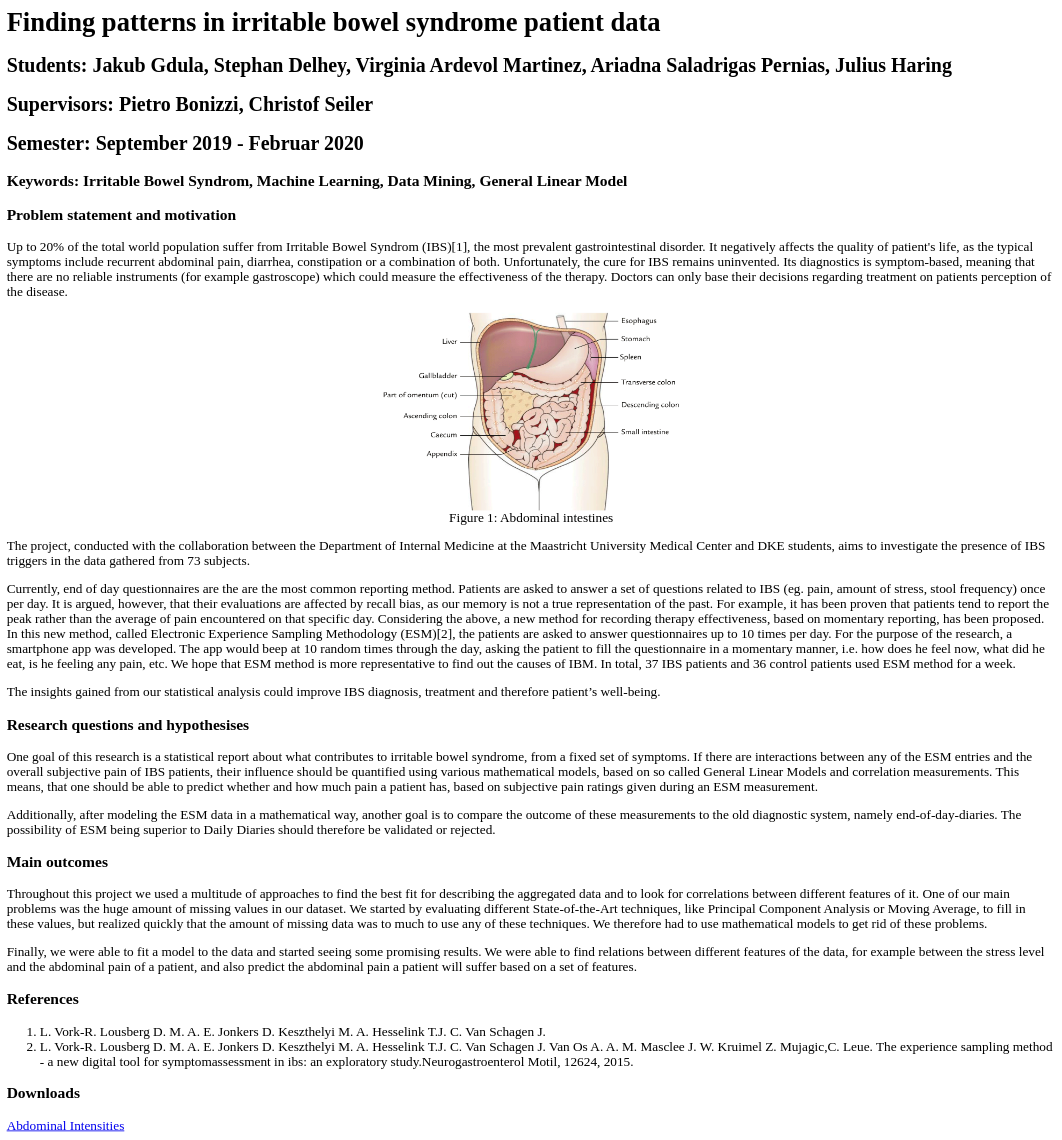
Repository: JuliusHaring/ESM
Page: laymen.html
These files come from the project's save history. The page is drawn as it stood at one moment and after the next save; the edit follows.
The browser window is 1280 px wide. The pictures show the whole page, at 83% of full size.

Above is the page before, as saved 2019-11-25 15:02:14.

### laymen.html
<HTML>
    <BODY>
        <h1>Finding patterns in irritable bowel syndrome patient data</h1>
        <h2>Students: Jakub Gdula, Stephan Delhey, Virginia Ardevol Martinez, Ariadna Saladrigas Pernias, Julius Haring</h2>
        <h2>Supervisors: Pietro Bonizzi, Christof Seiler </h2>
        <h2>Semester: September 2019 - Februar 2020</h2>
        <h3>Keywords: Irritable Bowel Syndrom, Machine Learning, Data Mining, General Linear Model</h3>

        <h3>Problem statement and motivation</h3>
        <p>Up to 20% of the total world population suffer from Irritable Bowel Syndrom (IBS)[1], the most prevalent gastrointestinal disorder. It negatively affects the quality of patient's life, as the typical symptoms include recurrent abdominal pain, diarrhea, constipation or a combination of both. Unfortunately, the cure for IBS remains uninvented. Its diagnostics is symptom-based, meaning that there are no reliable instruments (for example gastroscope) which could measure the effectiveness of the therapy. Doctors can only base their decisions regarding treatment on patients perception of the disease.</p>

        <figure style="text-align: center;">
            <img width="30%" src="abdominal-cavity.png" alt="">
            <figcaption>
                Figure 1:  Abdominal intestines
            </figcaption>
        </figure>

        <p>The project, conducted with the collaboration between the Department of Internal Medicine at the Maastricht University Medical Center and DKE students, aims to investigate the presence of IBS triggers in the data gathered from 73 subjects.</p>
        <p>Currently, end of day questionnaires are the are the most common reporting method. Patients are asked to answer a set of questions related to IBS (eg. pain, amount of stress, stool frequency) once per day. It is argued, however, that their evaluations are affected by recall bias, as our memory is not a true representation of the past. For example, it has been proven that patients tend to report the peak rather than the average of pain encountered on that specific day. Considering the above, a new method for recording therapy effectiveness, based on momentary reporting, has been proposed. In this new method, called Electronic Experience Sampling Methodology (ESM)[2], the patients are asked to answer questionnaires up to 10 times per day. For the purpose of the research, a smartphone app was developed. The app would beep at 10 random times through the day, asking the patient to fill the questionnaire in a momentary manner, i.e. how does he feel now, what did he eat, is he feeling any pain, etc. We hope that ESM method is more representative to find out the causes of IBM. In total, 37 IBS patients and 36 control patients used ESM method for a week.</p>
        <p>The insights gained from our statistical analysis could improve IBS diagnosis, treatment and therefore patient’s well-being.</p>

        <h3>Research questions and hypothesises</h3>
        <p>One goal of this research is a statistical report about what contributes to irritable bowel syndrome, from a fixed set of symptoms. If there are interactions between any of the ESM entries and the overall subjective pain of IBS patients, their influence should be quantified using various mathematical models, based on so called General Linear Models and correlation measurements. This means, that one should be able to predict whether and how much pain a patient has, based on subjective pain ratings given during an ESM measurement.</p>
        <p>Additionally, after modeling the ESM data in a mathematical way, another goal is to compare the outcome of these measurements to the old diagnostic system, namely end-of-day-diaries. The possibility of ESM being superior to Daily Diaries should therefore be validated or rejected.</p>

        <h3>Main outcomes</h3>
        <p>Throughout this project we used a multitude of approaches to find the best fit for describing the aggregated data and to look for correlations between different features of it. One of our main problems was the huge amount of missing values in our dataset. We started by evaluating different State-of-the-Art techniques, like Principal Component Analysis or Moving Average, to fill in these values, but realized quickly that the amount of missing data was to much to use any of these techniques. We therefore had to use mathematical models to get rid of these problems.</p>
        <p>Finally, we were able to fit a model to the data and started seeing some promising results. We were able to find relations between different features of the data, for example between the stress level and the abdominal pain of a patient, and also predict the abdominal pain a patient will suffer based on a set of features.</p>

        <h3>References</h3>
        <ol>
            <li> L. Vork-R. Lousberg D. M. A. E. Jonkers D. Keszthelyi M. A. Hesselink T.J.  C.  Van  Schagen  J. </li>
            <li>L. Vork-R. Lousberg D. M. A. E. Jonkers D. Keszthelyi M. A. Hesselink T.J.  C.  Van  Schagen  J.  Van  Os  A.  A.  M.  Masclee  J.  W.  Kruimel  Z.  Mujagic,C. Leue.  The experience sampling method - a new digital tool for symptomassessment in ibs: an exploratory study.Neurogastroenterol Motil, 12624, 2015.</li>
        </ol>

        <h3>Downloads</h3>
        <a href="abdominal-cavity.png" target="_blank">Abdominal Intensities</a>
    </BODY>
</HTML>

After the next save:
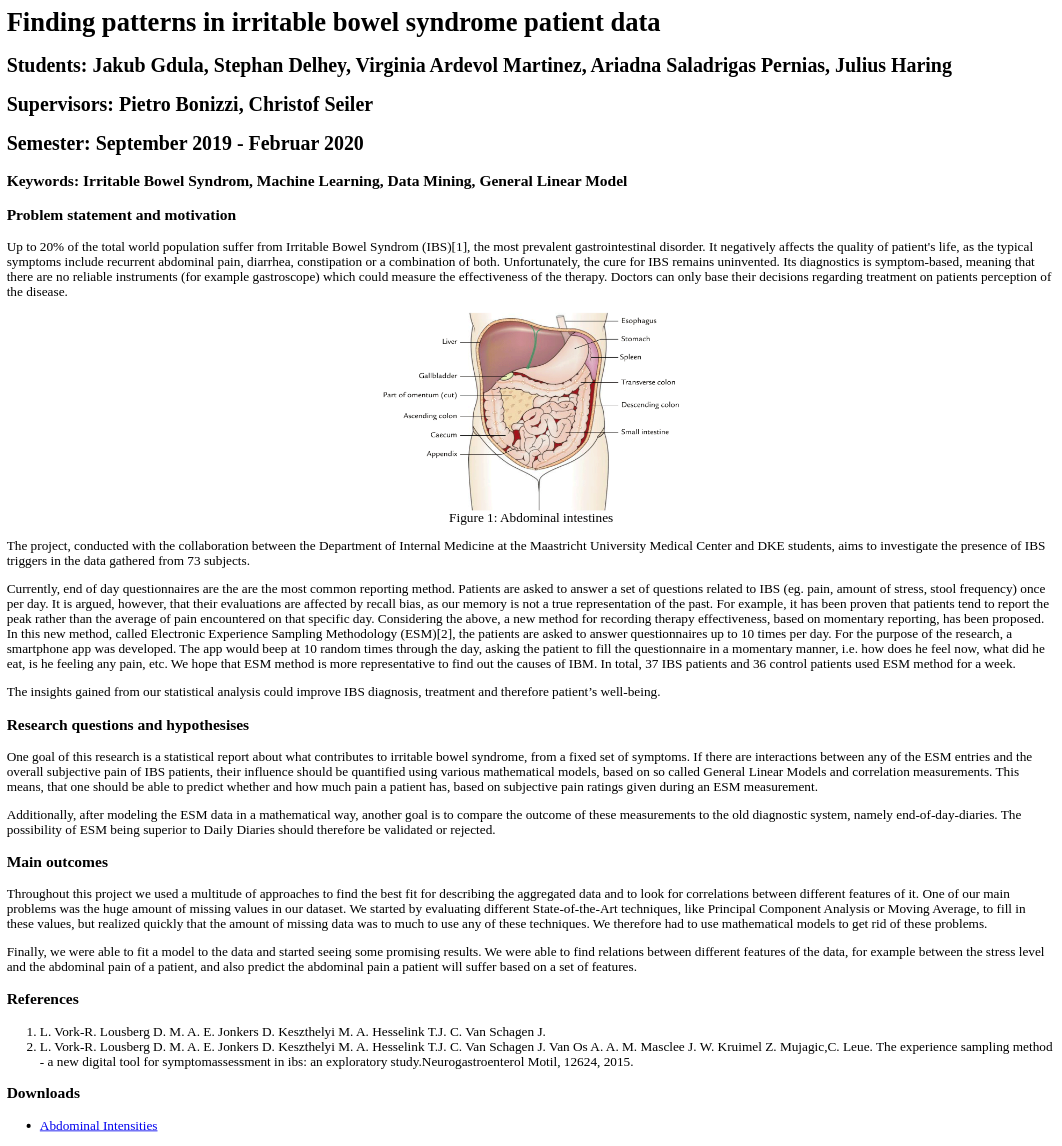
Saved 33 s later.
--- a/laymen.html
+++ b/laymen.html
@@ -35,6 +35,8 @@
         </ol>
 
         <h3>Downloads</h3>
-        <a href="abdominal-cavity.png" target="_blank">Abdominal Intensities</a>
+        <ul>
+            <li><a href="abdominal-cavity.png" target="_blank">Abdominal Intensities</a></li>
+        </ul>
     </BODY>
 </HTML>
